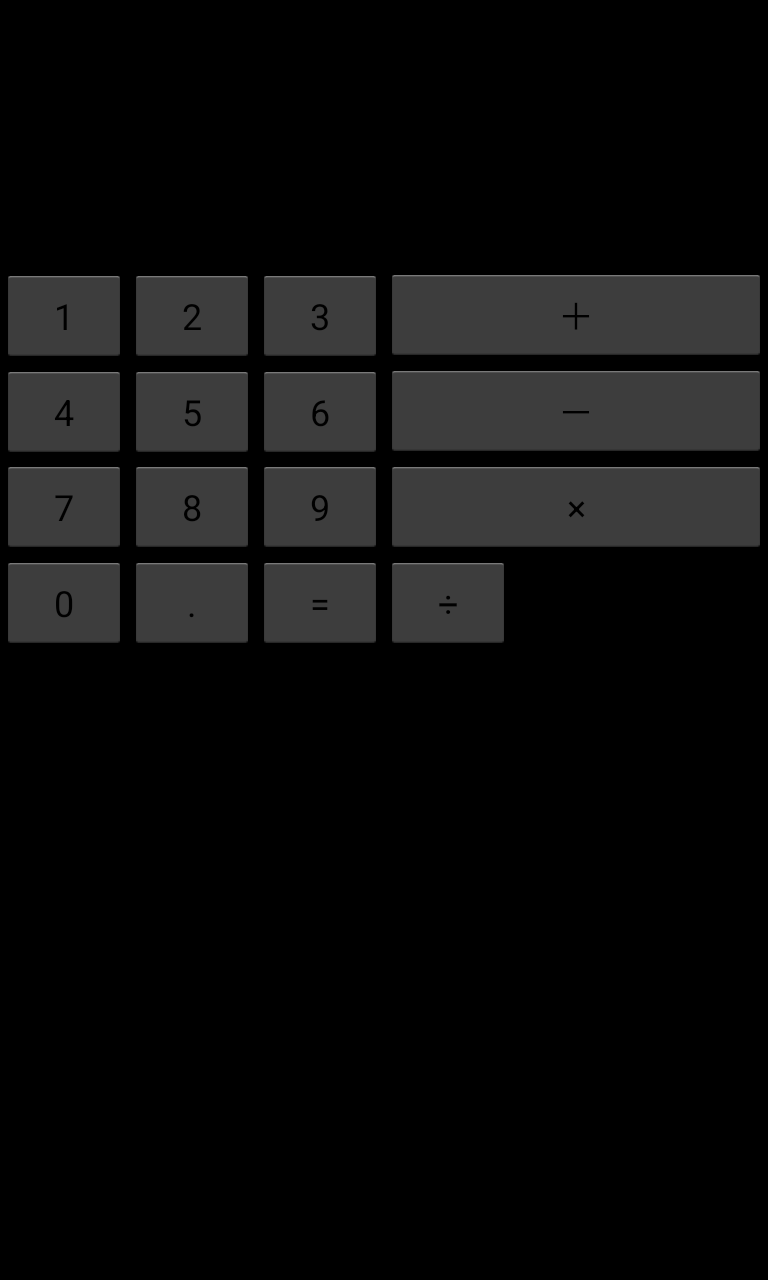
Repository: moetmd/learning-Android
Layout: Calculator/res/layout/activity_main.xml
These files come from the project's save history. The layout is drawn as it stood at one moment and after the next save; the edit follows.
It is drawn on a 768 x 1280 px phone screen (xhdpi) without system bars, with theme AppTheme; the app's code is not run.

Above is the layout before, as saved 2014-11-19 12:59:46.

After the next save:
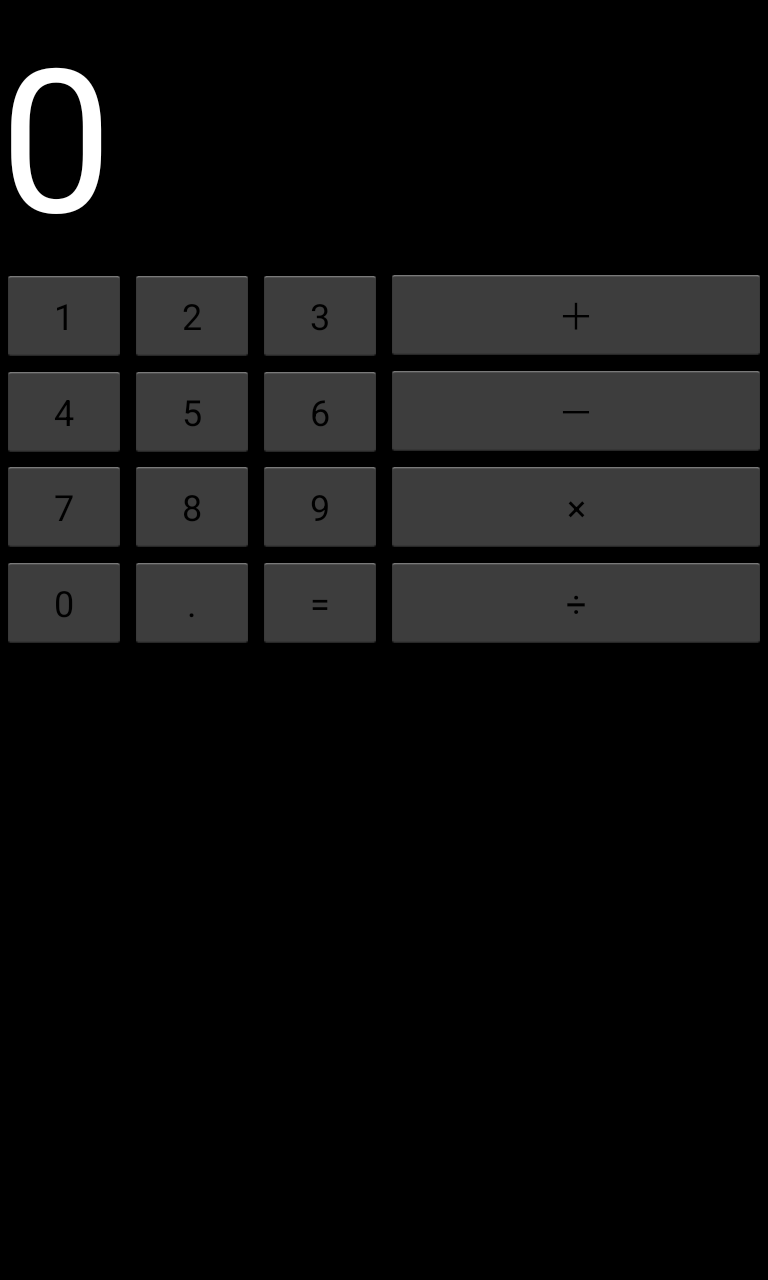
Saved 2 min 4 s later.
--- a/Calculator/res/layout/activity_main.xml
+++ b/Calculator/res/layout/activity_main.xml
@@ -19,6 +19,7 @@
             android:id="@+id/textView1"
             android:layout_width="match_parent"
             android:layout_height="wrap_content"
+            android:textColor="#FFF"
             android:textSize="100sp"
             android:text="0"
             android:textAppearance="?android:attr/textAppearanceLarge" />
@@ -143,7 +144,7 @@
 
             <Button
                 android:id="@+id/button3"
-                android:layout_width="wrap_content"
+                android:layout_width="match_parent"
                 android:layout_height="wrap_content"
                 android:text="÷" />
         </LinearLayout>
